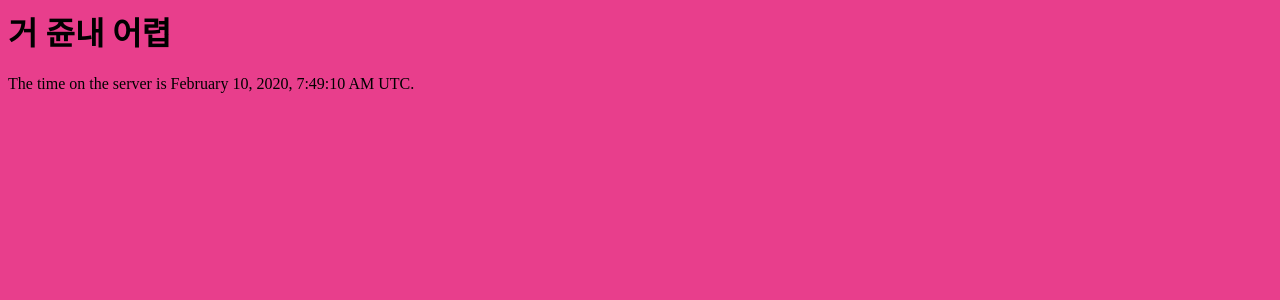
Repository: yoshicon/yoshino
Page: http://localhost/vavo/
These files come from the project's save history. The page is drawn as it stood at one moment and after the next save; the edit follows.
The browser window is 1280 px wide. The pictures show the whole page.
The page is served by Tomcat 9. Other server files are loaded and not shown. The template is opened directly, without the code that normally fills it, so the values that code supplies are empty.

Above is the page before, as saved 2020-02-10 08:33:47.

### vavo/src/main/webapp/WEB-INF/views/home.jsp
<%@ page language="java" contentType="text/html; charset=UTF-8" pageEncoding="UTF-8"%>
<%@ taglib uri="http://java.sun.com/jsp/jstl/core" prefix="c" %>
<%@ page session="false" %>
<html>
<head>
	<title>바보</title>
</head>
<body bgcolor="#e83e8c">
<h1>
	거 쥰내 어렵
</h1>

<P>  The time on the server is ${serverTime}. </P>
</body>
</html>

After the next save:
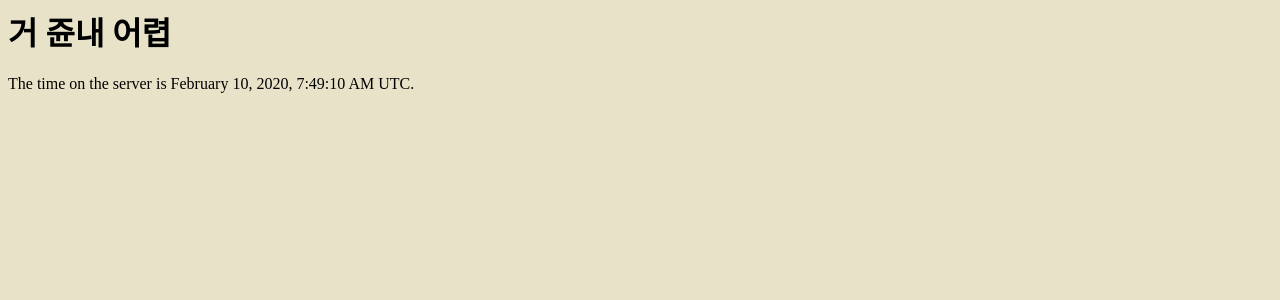
Saved 29 s later.
--- a/vavo/src/main/webapp/WEB-INF/views/home.jsp
+++ b/vavo/src/main/webapp/WEB-INF/views/home.jsp
@@ -5,7 +5,7 @@
 <head>
 	<title>바보</title>
 </head>
-<body bgcolor="#e83e8c">
+<body bgcolor="#e8e3c8">
 <h1>
 	거 쥰내 어렵
 </h1>
